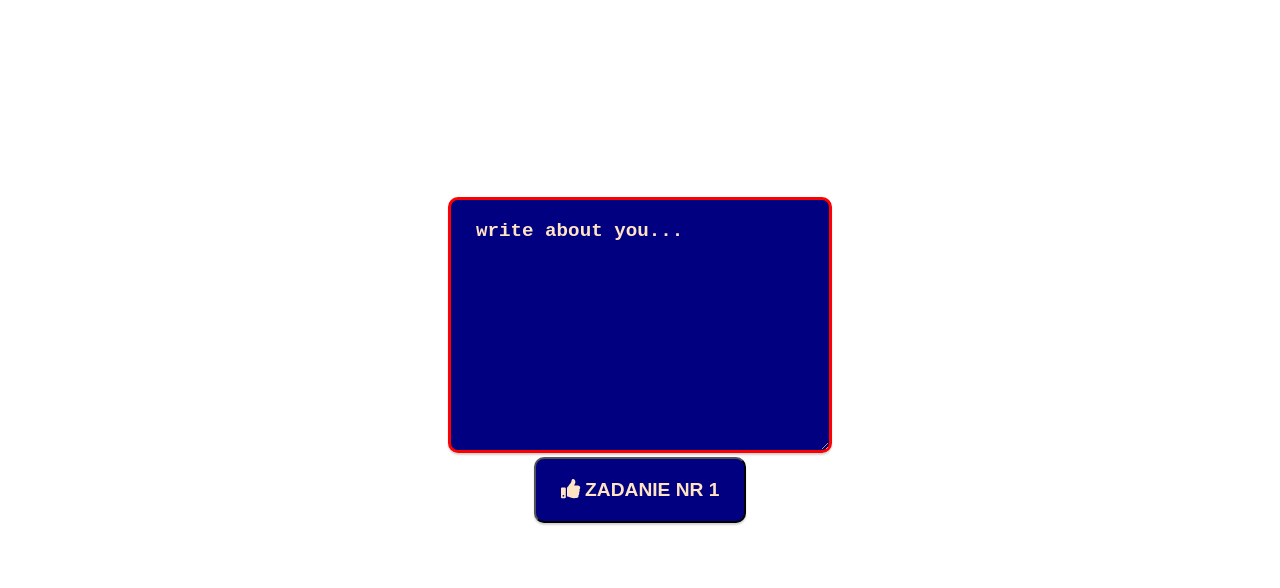
Repository: KrzysKolo/sr_tydzien3_zad_1_2_3
Page: /
The author's editor kept a copy of each file at every save. The page is drawn from the files as they stood at one save, then again after the next save.
The browser window is 1280 px wide. The pictures show the whole page.
The project was rebuilt for these pictures with package versions that can differ from the ones it lists, and the page was loaded fresh each time.

Above is the page before, as saved 2020-11-02 16:45:58.

After the next save:
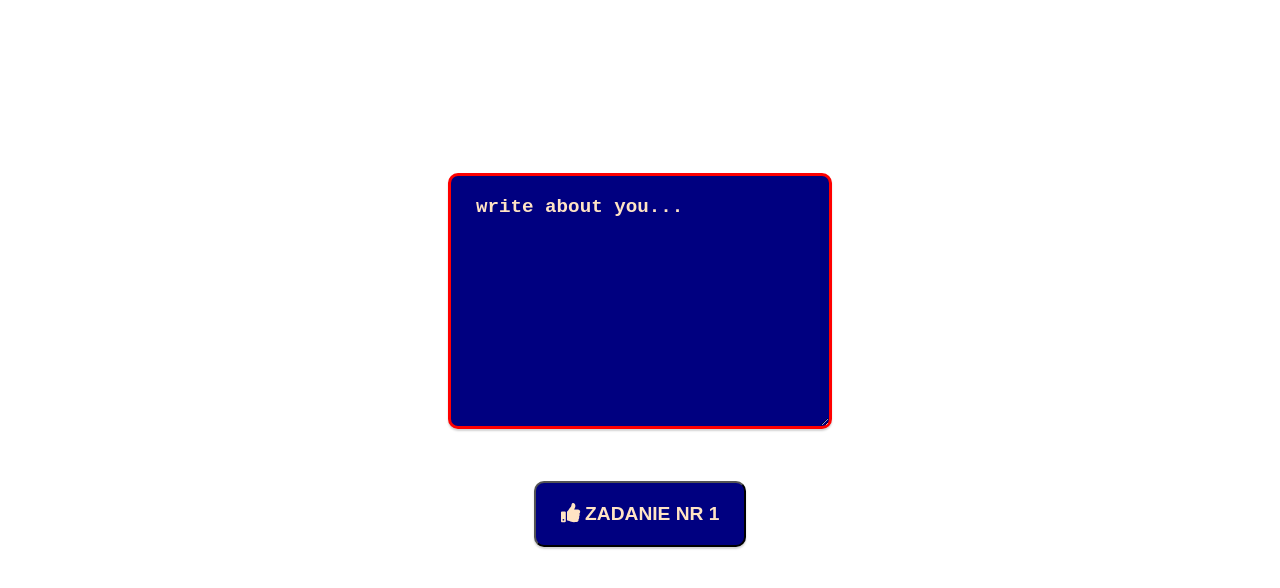
Saved 26 s later.
--- a/src/components/Form/Textarea.js
+++ b/src/components/Form/Textarea.js
@@ -12,6 +12,7 @@ const Textarea = ({value, color, bgColor, borderSize, borderRadius, borderColor}
     font-weight: bold;
     font-size: 1.2rem;
     height: 20vw;
+    margin-bottom: 3rem;
     outline: 0;
     padding: 20px 25px;
     width: 30vw;
